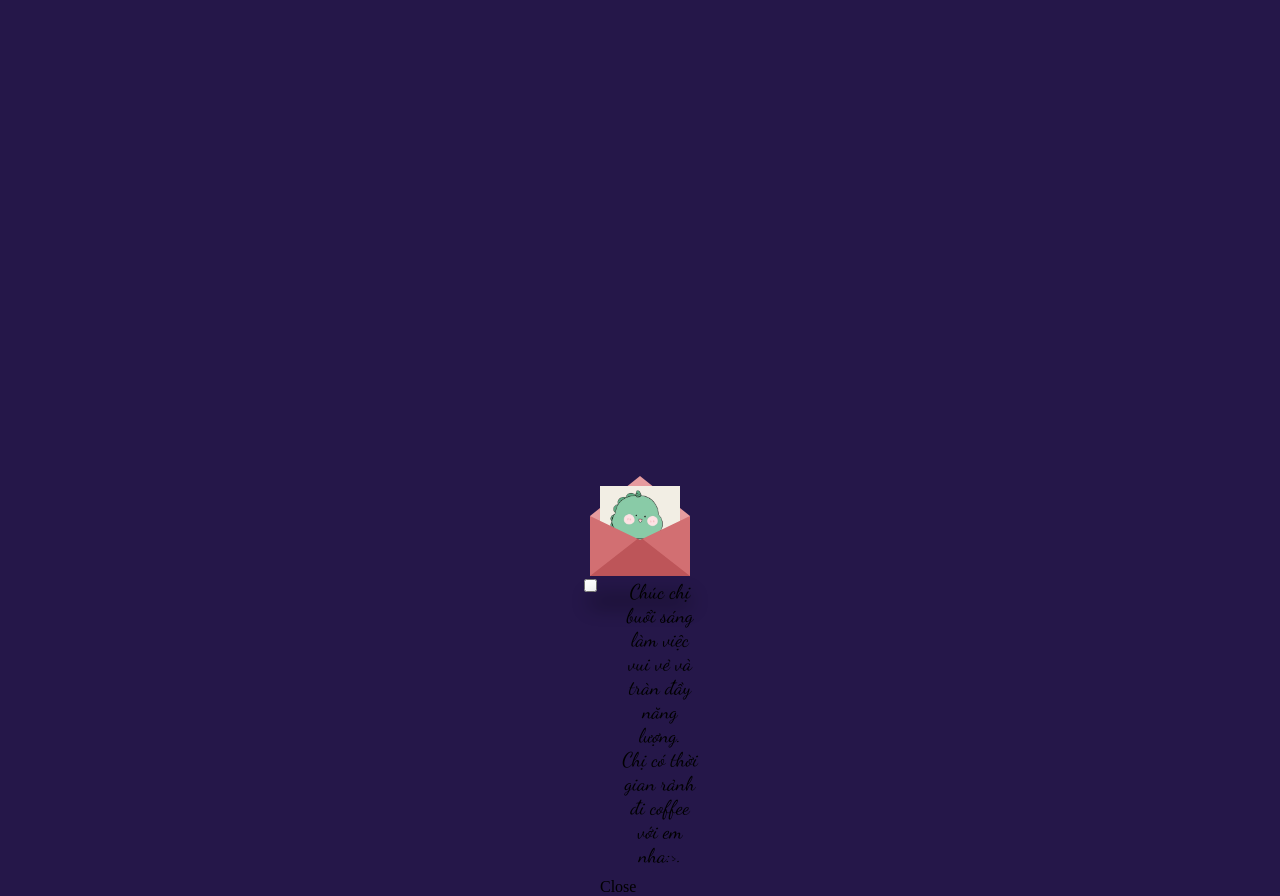
Repository: Dangtrinh28/letter
Page: index.html
An editor plug-in stored every save of this project. The page is shown before and after the next save, followed by the edit.
The browser window is 1280 px wide. The pictures show the whole page.

Above is the page before, as saved 2022-12-15 23:54:36.

After the next save:
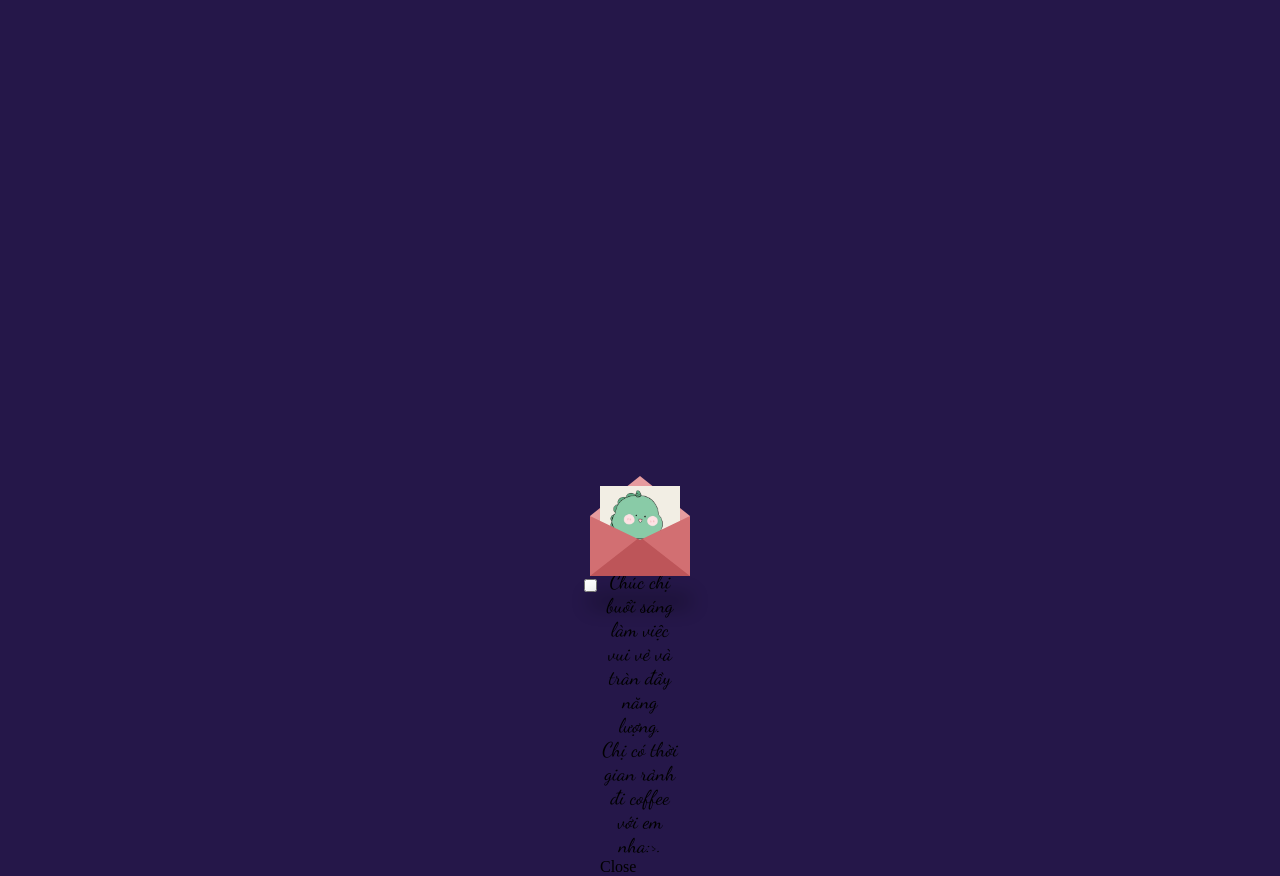
Saved 72 s later.
--- a/main.css
+++ b/main.css
@@ -97,5 +97,4 @@ input:checked ~ .content {
     font-size: 20px;
     font-family: 'Dancing Script', cursive;
     font-weight: 400;
-    padding: 10px 20px;
 }
